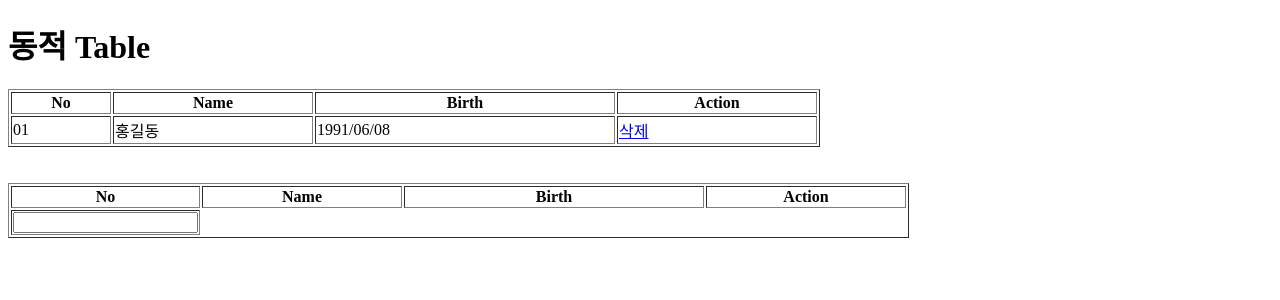
Repository: jeongho97/JQuery
Page: alloc/WebContent/index.html
These files come from the project's save history. The page is drawn as it stood at one moment and after the next save; the edit follows.
The browser window is 1280 px wide. The pictures show the whole page.

Above is the page before, as saved 2022-05-13 07:17:22.

After the next save:
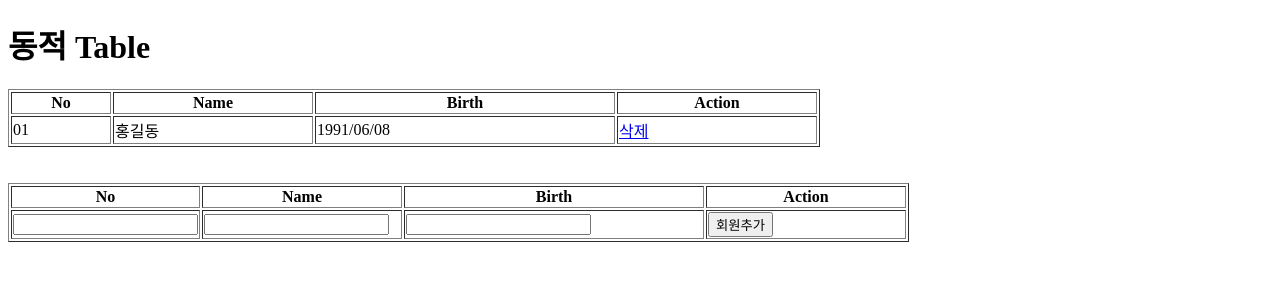
Saved 75 s later.
--- a/alloc/WebContent/index.html
+++ b/alloc/WebContent/index.html
@@ -64,6 +64,9 @@
 
 <tbody>
 	<td><input type="text" id="add_no"></td>
+	<td><input type="text" id="add_name"></td>
+	<td><input type="text" id="add_birth"></td>
+	<td><button type="button" id="append_row">회원추가</button>
 </tbody>
 
 </table>
